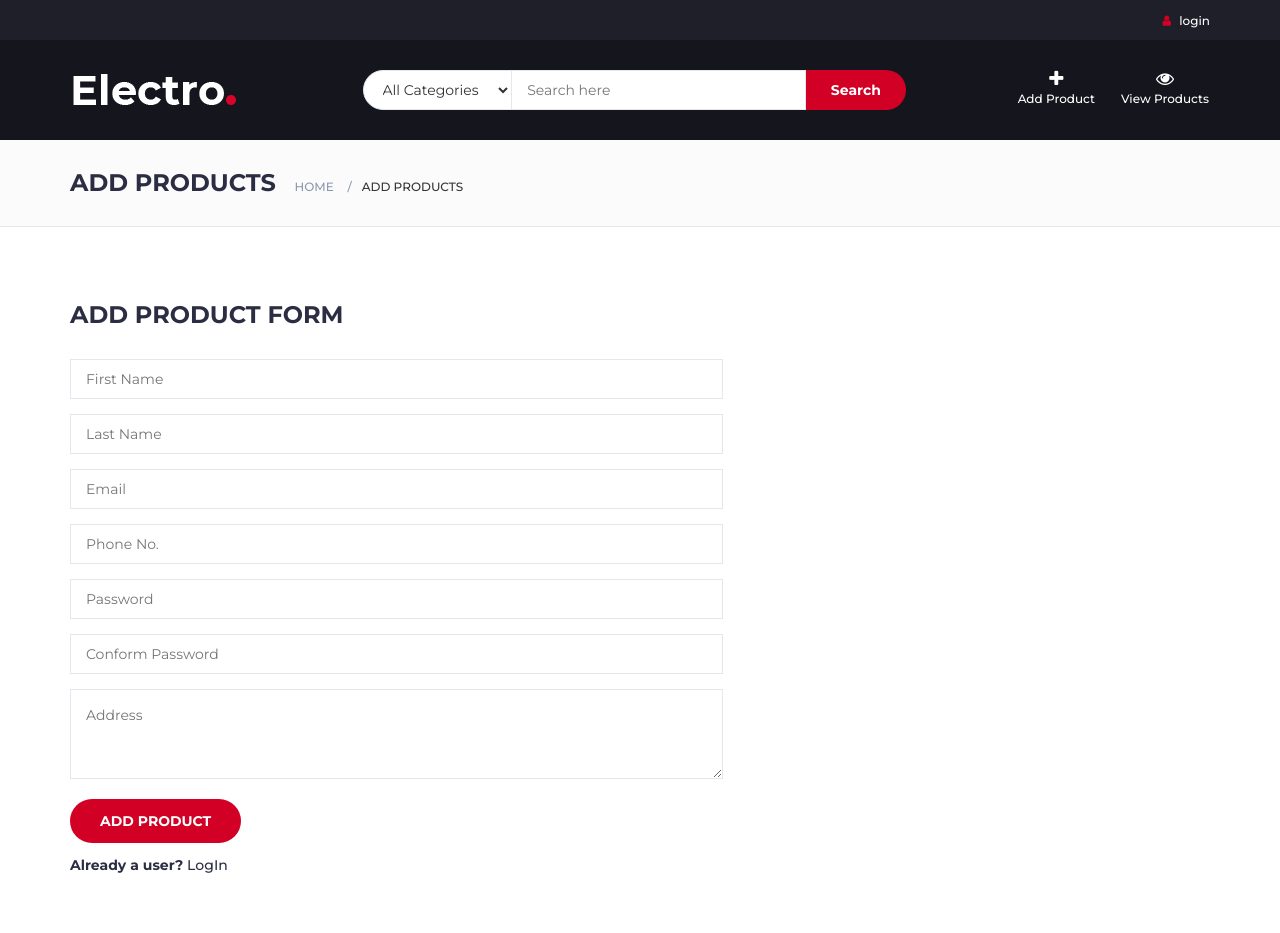
Repository: kinjalsavaliya263/JAVA
Page: http://localhost/electro-master/addproduct.jsp
An editor plug-in stored every save of this project. The page is shown before and after the next save, followed by the edit.
The browser window is 1280 px wide. The pictures show the whole page.
The page is served by Tomcat 9. Other server files are loaded and not shown. The template is opened directly, without the code that normally fills it, so the values that code supplies are empty.

Above is the page before, as saved 2023-04-04 13:37:14.

### electro-master/src/main/webapp/addproduct.jsp
<%@ page language="java" contentType="text/html; charset=UTF-8"
	pageEncoding="UTF-8"%>
	<%@ include file="sellerheader.jsp" %>
<!DOCTYPE html>
<html>
<head>
<meta charset="UTF-8">
<title>Electro -Ecommerce</title>

</head>
<body>
	<!-- BREADCRUMB -->
	<div id="breadcrumb" class="section">
		<!-- container -->
		<div class="container">
			<!-- row -->
			<div class="row">
				<div class="col-md-12">
					<h3 class="breadcrumb-header">Add Products</h3>
					<ul class="breadcrumb-tree">
						<li><a href="#">Home</a></li>
						<li class="active">Add Products</li>
					</ul>
				</div>
			</div>
			<!-- /row -->
		</div>
		<!-- /container -->
	</div>
	<!-- /BREADCRUMB -->

<!-- SECTION -->
	<div class="section">
		<!-- container -->
		<div class="container">
			<!-- row -->
			<div class="row">

				<div class="col-md-7">
					<!-- Add Product -->
					<form action="reg" method="post">
						<div class="billing-details">
							<span class="text-danger">${msg}</span> <span
								class="text-success">${msg1}</span>
							<div class="section-title">
								<h3 class="title">Add Product Form</h3>
							</div>


							<div class="form-group">
								<input class="input" type="text" name="fname"
									placeholder="First Name" id="fname">
							</div>
							<div class="form-group">
								<input class="input" type="text" name="lname"
									placeholder="Last Name" id="lname">
							</div>
							<div class="form-group">
								<input class="input" type="email" name="email"
									placeholder="Email" id="email">
							</div>
							<div class="form-group">
								<input class="input" type="text" name="phno"
									placeholder="Phone No." id="phno">
							</div>
							<div class="form-group">
								<input class="input" type="password" name="pass"
									placeholder="Password" id="pass">
							</div>
							<div class="form-group">
								<input class="input" type="password" name="cpass"
									placeholder="Conform Password" id="cpass">
							</div>
							<div class="form-group">
							<textarea cols="3" class="input"  name="address"
									placeholder="Address"></textarea>
							</div>

							<div class="form-group">
								<button type="submit" class="primary-btn order-submit">Add Product</button>
							</div>
							<div class="form-group">
								<h5>
									Already a user? <a href="login.jsp">LogIn</a>
								</h5>
							</div>
						</div>
					</form>
					<!-- /Add Product -->



				</div>


			</div>
			<!-- /row -->
		</div>
		<!-- /container -->
	</div>
	<!-- /SECTION -->



</body>
</html>

### electro-master/src/main/webapp/sellerheader.jsp

<%@page import="model.User"%>
<%@ page language="java" contentType="text/html; charset=UTF-8"
	pageEncoding="UTF-8"%>
<!DOCTYPE html>
<html>
<head>
<meta charset="UTF-8">
<title>Electro -Ecommerce</title>
<link
	href="https://fonts.googleapis.com/css?family=Montserrat:400,500,700"
	rel="stylesheet">

<!-- Bootstrap -->
<link type="text/css" rel="stylesheet" href="css/bootstrap.min.css" />

<!-- Slick -->
<link type="text/css" rel="stylesheet" href="css/slick.css" />
<link type="text/css" rel="stylesheet" href="css/slick-theme.css" />

<!-- nouislider -->
<link type="text/css" rel="stylesheet" href="css/nouislider.min.css" />

<!-- Font Awesome Icon -->
<link rel="stylesheet" href="css/font-awesome.min.css">

<!-- Custom stlylesheet -->
<link type="text/css" rel="stylesheet" href="css/style.css" />

<!-- HTML5 shim and Respond.js for IE8 support of HTML5 elements and media queries -->
<!-- WARNING: Respond.js doesn't work if you view the page via file:// -->
<!--[if lt IE 9]>
		  <script src="https://oss.maxcdn.com/html5shiv/3.7.3/html5shiv.min.js"></script>
		  <script src="https://oss.maxcdn.com/respond/1.4.2/respond.min.js"></script>
		<![endif]-->
</head>
<body>
	<!-- HEADER -->
	<header>
		<!-- TOP HEADER -->
		<div id="top-header">
			<div class="container">

				<%
				/* String email = (String) session.getAttribute("email"); */
				User us = (User) request.getAttribute("use");
				%>



				<ul class="header-links pull-left">

				</ul>
				<ul class="header-links pull-right">




					<%
					if (us != null) {
					%>

					<li><a href="myprofile?email=<%=us.getEmail()%>"><i
							class="fa fa-user"></i>My Profile</a></li>
					<li><a href="changepass.jsp?email=<%=us.getEmail()%>"><i
							class="fa fa-key"></i>Change Password</a></li>
					<li style="color: white;"><b>Welcome <%=us.getFname()%> <%=us.getLname()%></b></li>
					<li><a href="logout.jsp"><i class="fa fa-user"></i>Logout</a></li>
					<%
					} else {
					%>

					<li><a href="login.jsp"><i class="fa fa-user"></i> login</a></li>
					<%
					}
					%>


				</ul>
			</div>
		</div>
		<!-- /TOP HEADER -->

		<!-- MAIN HEADER -->
		<div id="header">
			<!-- container -->
			<div class="container">
				<!-- row -->
				<div class="row">
					<!-- LOGO -->
					<div class="col-md-3">
						<div class="header-logo">
							<a href="#" class="logo"> <img src="./img/logo.png" alt="">
							</a>
						</div>
					</div>
					<!-- /LOGO -->

					<!-- SEARCH BAR -->
					<div class="col-md-6">
						<div class="header-search">
							<form>
								<select class="input-select">
									<option value="0">All Categories</option>
									<option value="1">Category 01</option>
									<option value="1">Category 02</option>
								</select> <input class="input" placeholder="Search here">
								<button class="search-btn">Search</button>
							</form>
						</div>
					</div>
					<!-- /SEARCH BAR -->

					<!-- ACCOUNT -->
					<div class="col-md-3 clearfix">
						<div class="header-ctn">
							<!-- Add Product -->
							<div>
								<a href="addproduct.jsp"> <i class="fa fa-plus"></i> <span>Add
										Product</span>
								</a>
							</div>
							<!-- /Add Product -->

							<!-- View Product -->
							<div >
								<a href="viewproduct.jsp"> <i class="fa fa-eye"></i> <span>View
										Products</span>
								</a>

							</div>
							<!-- /View Product -->


						</div>
					</div>
					<!-- /ACCOUNT -->
				</div>
				<!-- row -->
			</div>
			<!-- container -->
		</div>
		<!-- /MAIN HEADER -->
	</header>
	<!-- /HEADER -->


</body>
</html>

Loaded but not shown: electro-master/src/main/webapp/css/bootstrap.min.css (library); electro-master/src/main/webapp/css/slick.css (common file); electro-master/src/main/webapp/css/slick-theme.css (library); electro-master/src/main/webapp/css/nouislider.min.css (library); electro-master/src/main/webapp/css/font-awesome.min.css (library); electro-master/src/main/webapp/css/style.css (2191 lines, source omitted)

After the next save:
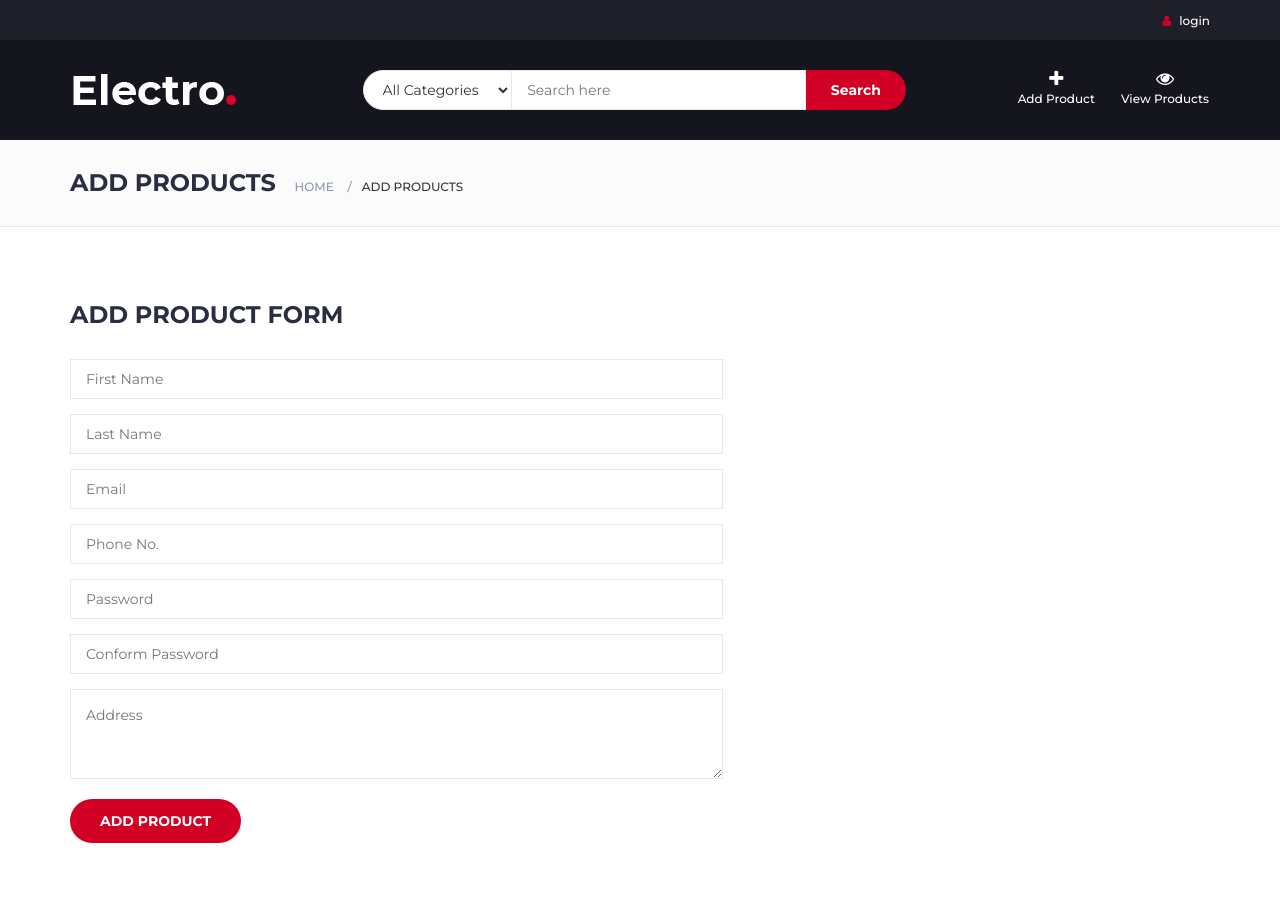
Saved 11 s later.
--- a/electro-master/src/main/webapp/addproduct.jsp
+++ b/electro-master/src/main/webapp/addproduct.jsp
@@ -79,11 +79,7 @@
 							<div class="form-group">
 								<button type="submit" class="primary-btn order-submit">Add Product</button>
 							</div>
-							<div class="form-group">
-								<h5>
-									Already a user? <a href="login.jsp">LogIn</a>
-								</h5>
-							</div>
+
 						</div>
 					</form>
 					<!-- /Add Product -->
